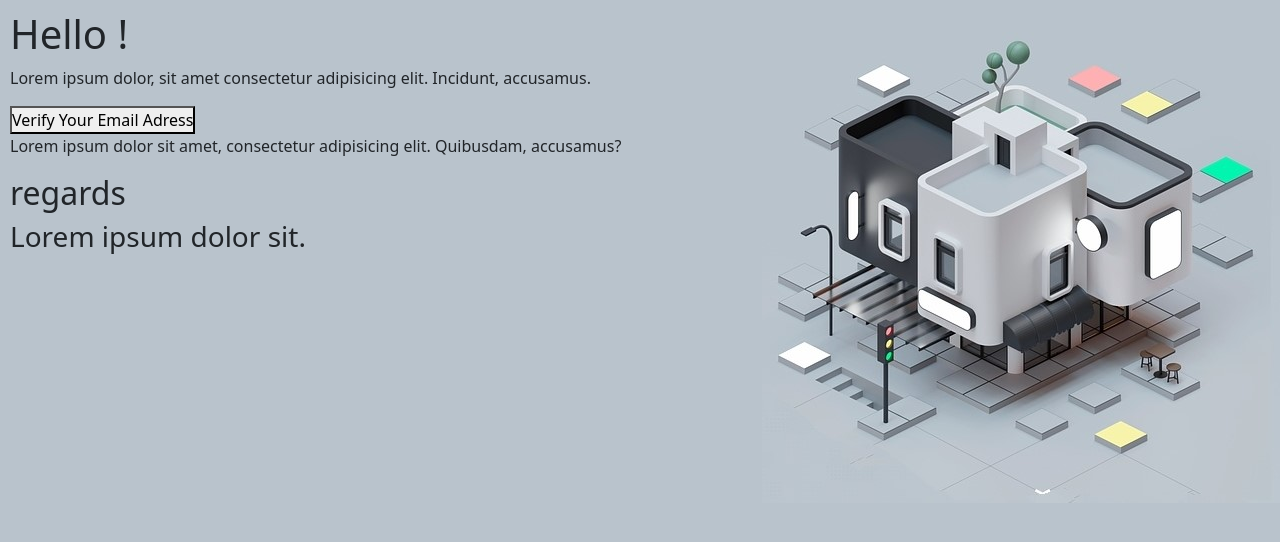
Repository: Aayush919/taskui
Page: index.html
An editor plug-in stored every save of this project. The page is shown before and after a run of saves, followed by the edit.
The browser window is 1280 px wide. The pictures show the whole page.

Above is the page before, as saved 2024-01-12 12:45:37.

### index.html
<!doctype html>
<html lang="en">

<head>
    <meta charset="utf-8">
    <meta name="viewport" content="width=device-width, initial-scale=1">
    <title>Bootstrap demo</title>
    <link href="https://cdn.jsdelivr.net/npm/bootstrap@5.3.2/dist/css/bootstrap.min.css" rel="stylesheet"
        integrity="sha384-T3c6CoIi6uLrA9TneNEoa7RxnatzjcDSCmG1MXxSR1GAsXEV/Dwwykc2MPK8M2HN" crossorigin="anonymous">
        <link rel="stylesheet" href="style.css">
</head>

<body>



    <div class="custom-bg">
        <div class="right">
          <div class="top">
            <h1>Hello !</h1>
            <p>Lorem ipsum dolor, sit amet consectetur adipisicing elit. Incidunt, accusamus.</p>
            <button>Verify Your Email Adress</button>
            <p>Lorem ipsum dolor sit amet, consectetur adipisicing elit. Quibusdam, accusamus?</p>
            <h2>regards</h2>
            <h3>Lorem ipsum dolor sit.</h3>
          </div>
        </div>
        <div class="left">
            <img src="./bg.jpg" alt="" class="img-fluid">
        </div>
    </div>

    <script src="https://cdn.jsdelivr.net/npm/bootstrap@5.3.2/dist/js/bootstrap.bundle.min.js"
        integrity="sha384-C6RzsynM9kWDrMNeT87bh95OGNyZPhcTNXj1NW7RuBCsyN/o0jlpcV8Qyq46cDfL"
        crossorigin="anonymous"></script>
</body>

</html>

<!-- -->

### style.css
*{
margin: 0;
padding: 0;
box-sizing: border-box;
}


html,body{
    height: 100%;
    width: 100%;

}

.custom-bg{
    background-color:#B9C3CC;
    height: 100%;
    width: 100%;
    display: flex;
    justify-content: space-between;


}




.custom-bg .left img{
    right: 0px;

}



.right .top{
        margin-top: 10px;
        margin-left: 10px;
}

@media(max-width:667px) {
    .custom-bg {
        flex-direction: column;
    }

        .right .top {
            margin-top: 10px;
            margin-left: 10px;
        }

}

After the next 2 saves:
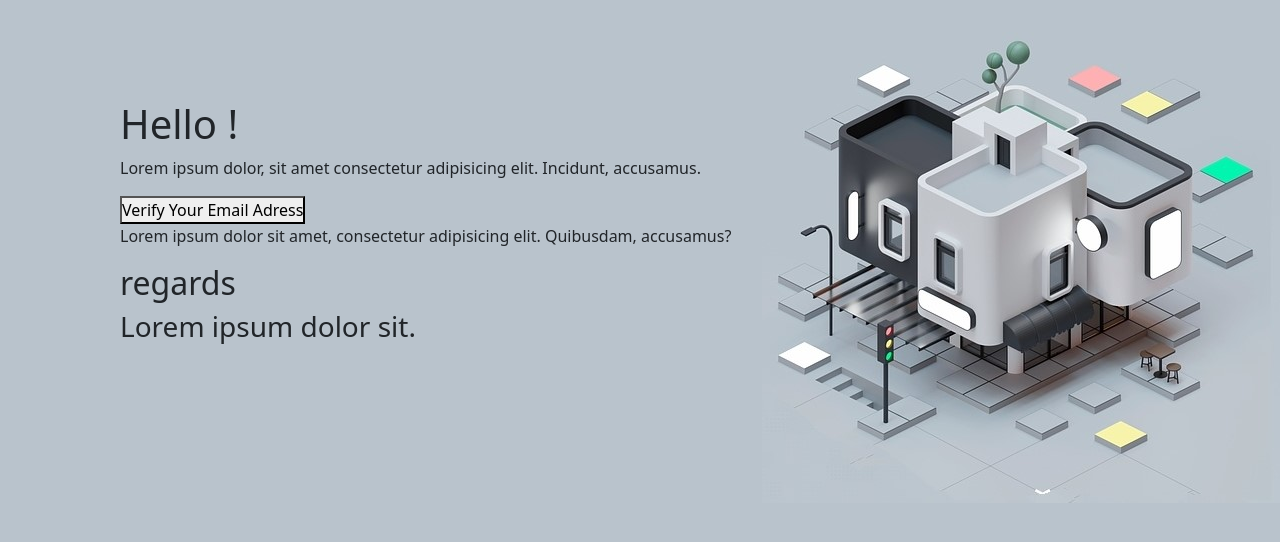
The 2 saves are shown as one change because they came seconds apart.
The last was saved 25 s later.
--- a/style.css
+++ b/style.css
@@ -32,8 +32,8 @@ html,body{
 
 
 .right .top{
-        margin-top: 10px;
-        margin-left: 10px;
+        margin-top: 100px;
+        margin-left: 120px;
 }
 
 @media(max-width:667px) {
